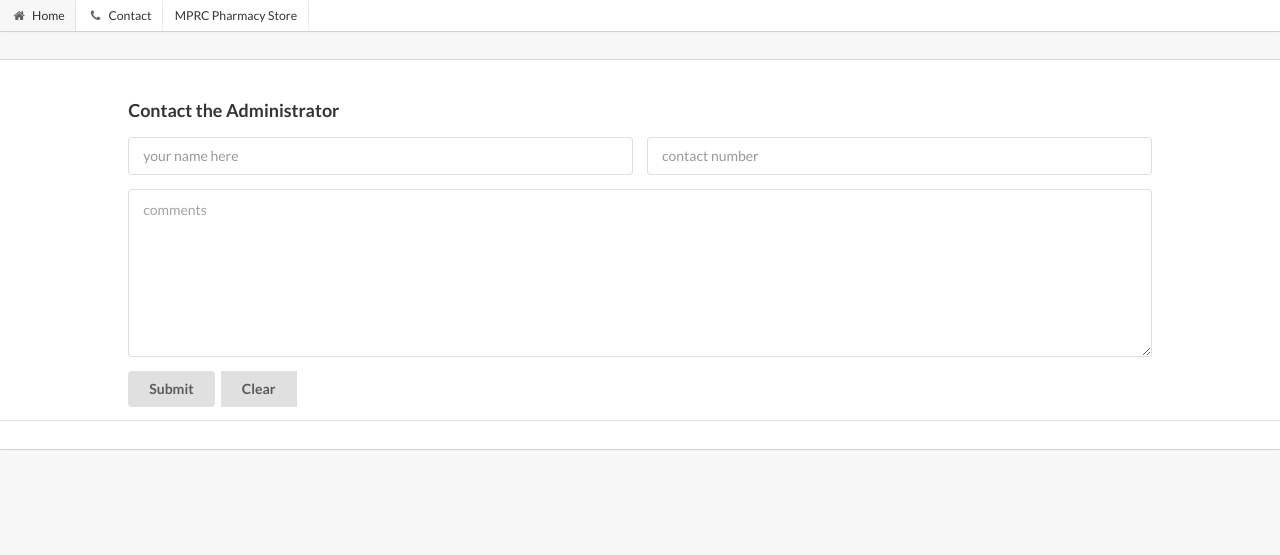
Repository: thdrwngkd/oims
Page: public/contact.html
The author's editor kept a record of every edit. The page is drawn from the files as they stood at one moment, then again after the next edit.
The browser window is 1280 px wide. The pictures show the whole page.

Above is the page before.

### public/contact.html
<!DOCTYPE html>
<html>
  <head>
    <!-- Standard Meta -->
    <meta charset="utf-8" />
    <meta http-equiv="X-UA-Compatible" content="IE=edge,chrome=1" />
    <meta name="viewport" content="width=device-width, initial-scale=1.0, maximum-scale=1.0">

    <!-- Site Properities -->
    <title>Online Inventory Management</title>

    <link href="../dist/googleapis.css" rel="stylesheet" type="text/css">
    <link href="../dist/semantic.css"   rel="stylesheet" type="text/css">
    <link href="../src/css/base.css"    rel="stylesheet" type="text/css">

    <script src="../dist/jquery.js"></script>
    <script src="../dist/jquery.address.js"></script>
    <script src="../dist/semantic.js"></script>

  </head>
  <body>
    <!-- Start  Header Navbar -->
    <header>
      <nav class="ui fixed fluid main small menu">
        <a class="item" href="index.html"><i class="home icon"></i>  Home</a>
        <a class="item" href="contact.html"><i class="call icon"></i>  Contact</a>
        <a class="item">MPRC Pharmacy Store</a>
      </nav>
    </header>
    <!-- End    Header Navbar -->
    <div class="clear height sixty pixels"></div>
    <!-- Start  Section -->
    <section class="ui center segment clear">
      <div class="ui page grid">
        <div class="row">
          <div class="column">
            <h3>Contact the Administrator</h3>
            <form class="ui fluid form">
              <div class="two fields">
                <div class="field">
                  <div class="ui input">
                    <input type="text" placeholder="your name here">
                  </div>
                </div>
                <div class="field">
                  <div class="ui input">
                    <input type="text" placeholder="contact number">
                  </div>
                </div>
              </div>
              <div class="field">
                <div class="ui input">
                  <textarea placeholder="comments"></textarea>
                </div>
              </div>
              <div class="field">
              <div class="ui submit button">Submit</div>
              <div class="ui clear button">Clear</div>
              </div>
            </form>
          </div>
        </div>
      </div>
    </section>
    <section class="ui center segment clear">
      <div class="ui page grid">
        <div class="row">
          <div class="column">

          </div>
        </div>
      </div>
    </section>
    <!-- End    Section -->
    <!-- Javascript Imports -->
    <script src="../dist/base.js"></script>
    <!-- Javascript Imports -->
  </body>
</html>

### dist/googleapis.css
/* cyrillic-ext */
@font-face {
  font-family: 'Open Sans';
  font-style: normal;
  font-weight: 300;
  src: local('Open Sans Light'), local('OpenSans-Light'), url(http://fonts.gstatic.com/s/opensans/v10/DXI1ORHCpsQm3Vp6mXoaTSUUniRZcd_wq8DYmIfsw2A.woff2) format('woff2');
  unicode-range: U+0460-052F, U+20B4, U+2DE0-2DFF, U+A640-A69F;
}
/* cyrillic */
@font-face {
  font-family: 'Open Sans';
  font-style: normal;
  font-weight: 300;
  src: local('Open Sans Light'), local('OpenSans-Light'), url(http://fonts.gstatic.com/s/opensans/v10/DXI1ORHCpsQm3Vp6mXoaTeXREeHhJi4GEUJI9ob_ak4.woff2) format('woff2');
  unicode-range: U+0400-045F, U+0490-0491, U+04B0-04B1, U+2116;
}
/* devanagari */
@font-face {
  font-family: 'Open Sans';
  font-style: normal;
  font-weight: 300;
  src: local('Open Sans Light'), local('OpenSans-Light'), url(http://fonts.gstatic.com/s/opensans/v10/DXI1ORHCpsQm3Vp6mXoaTY0Uz7fbu6RM5MPetubMKio.woff2) format('woff2');
  unicode-range: U+02BC, U+0900-097F, U+1CD0-1CF6, U+1CF8-1CF9, U+200B-200D, U+20A8, U+20B9, U+25CC, U+A830-A839, U+A8E0-A8FB;
}
/* greek-ext */
@font-face {
  font-family: 'Open Sans';
  font-style: normal;
  font-weight: 300;
  src: local('Open Sans Light'), local('OpenSans-Light'), url(http://fonts.gstatic.com/s/opensans/v10/DXI1ORHCpsQm3Vp6mXoaTfzy0yu4vcvNhe7QLuoE8rU.woff2) format('woff2');
  unicode-range: U+1F00-1FFF;
}
/* greek */
@font-face {
  font-family: 'Open Sans';
  font-style: normal;
  font-weight: 300;
  src: local('Open Sans Light'), local('OpenSans-Light'), url(http://fonts.gstatic.com/s/opensans/v10/DXI1ORHCpsQm3Vp6mXoaTc9-ZSaZ3mOOsU9E1f6DGWc.woff2) format('woff2');
  unicode-range: U+0370-03FF;
}
/* vietnamese */
@font-face {
  font-family: 'Open Sans';
  font-style: normal;
  font-weight: 300;
  src: local('Open Sans Light'), local('OpenSans-Light'), url(http://fonts.gstatic.com/s/opensans/v10/DXI1ORHCpsQm3Vp6mXoaTYZI5FoslwusAsZHK_V0XCI.woff2) format('woff2');
  unicode-range: U+0102-0103, U+1EA0-1EF1, U+20AB;
}
/* latin-ext */
@font-face {
  font-family: 'Open Sans';
  font-style: normal;
  font-weight: 300;
  src: local('Open Sans Light'), local('OpenSans-Light'), url(http://fonts.gstatic.com/s/opensans/v10/DXI1ORHCpsQm3Vp6mXoaTRUOjZSKWg4xBWp_C_qQx0o.woff2) format('woff2');
  unicode-range: U+0100-024F, U+1E00-1EFF, U+20A0-20AB, U+20AD-20CF, U+2C60-2C7F, U+A720-A7FF;
}
/* latin */
@font-face {
  font-family: 'Open Sans';
  font-style: normal;
  font-weight: 300;
  src: local('Open Sans Light'), local('OpenSans-Light'), url(http://fonts.gstatic.com/s/opensans/v10/DXI1ORHCpsQm3Vp6mXoaTegdm0LZdjqr5-oayXSOefg.woff2) format('woff2');
  unicode-range: U+0000-00FF, U+0131, U+0152-0153, U+02C6, U+02DA, U+02DC, U+2000-206F, U+2074, U+20AC, U+2212, U+2215, U+E0FF, U+EFFD, U+F000;
}
/* cyrillic-ext */
@font-face {
  font-family: 'Open Sans';
  font-style: normal;
  font-weight: 400;
  src: local('Open Sans'), local('OpenSans'), url(http://fonts.gstatic.com/s/opensans/v10/K88pR3goAWT7BTt32Z01m1tXRa8TVwTICgirnJhmVJw.woff2) format('woff2');
  unicode-range: U+0460-052F, U+20B4, U+2DE0-2DFF, U+A640-A69F;
}
/* cyrillic */
@font-face {
  font-family: 'Open Sans';
  font-style: normal;
  font-weight: 400;
  src: local('Open Sans'), local('OpenSans'), url(http://fonts.gstatic.com/s/opensans/v10/RjgO7rYTmqiVp7vzi-Q5UVtXRa8TVwTICgirnJhmVJw.woff2) format('woff2');
  unicode-range: U+0400-045F, U+0490-0491, U+04B0-04B1, U+2116;
}
/* devanagari */
@font-face {
  font-family: 'Open Sans';
  font-style: normal;
  font-weight: 400;
  src: local('Open Sans'), local('OpenSans'), url(http://fonts.gstatic.com/s/opensans/v10/ttwNtsRpgsxVmgGGmiUOEltXRa8TVwTICgirnJhmVJw.woff2) format('woff2');
  unicode-range: U+02BC, U+0900-097F, U+1CD0-1CF6, U+1CF8-1CF9, U+200B-200D, U+20A8, U+20B9, U+25CC, U+A830-A839, U+A8E0-A8FB;
}
/* greek-ext */
@font-face {
  font-family: 'Open Sans';
  font-style: normal;
  font-weight: 400;
  src: local('Open Sans'), local('OpenSans'), url(http://fonts.gstatic.com/s/opensans/v10/LWCjsQkB6EMdfHrEVqA1KVtXRa8TVwTICgirnJhmVJw.woff2) format('woff2');
  unicode-range: U+1F00-1FFF;
}
/* greek */
@font-face {
  font-family: 'Open Sans';
  font-style: normal;
  font-weight: 400;
  src: local('Open Sans'), local('OpenSans'), url(http://fonts.gstatic.com/s/opensans/v10/xozscpT2726on7jbcb_pAltXRa8TVwTICgirnJhmVJw.woff2) format('woff2');
  unicode-range: U+0370-03FF;
}
/* vietnamese */
@font-face {
  font-family: 'Open Sans';
  font-style: normal;
  font-weight: 400;
  src: local('Open Sans'), local('OpenSans'), url(http://fonts.gstatic.com/s/opensans/v10/59ZRklaO5bWGqF5A9baEEVtXRa8TVwTICgirnJhmVJw.woff2) format('woff2');
  unicode-range: U+0102-0103, U+1EA0-1EF1, U+20AB;
}
/* latin-ext */
@font-face {
  font-family: 'Open Sans';
  font-style: normal;
  font-weight: 400;
  src: local('Open Sans'), local('OpenSans'), url(http://fonts.gstatic.com/s/opensans/v10/u-WUoqrET9fUeobQW7jkRVtXRa8TVwTICgirnJhmVJw.woff2) format('woff2');
  unicode-range: U+0100-024F, U+1E00-1EFF, U+20A0-20AB, U+20AD-20CF, U+2C60-2C7F, U+A720-A7FF;
}
/* latin */
@font-face {
  font-family: 'Open Sans';
  font-style: normal;
  font-weight: 400;
  src: local('Open Sans'), local('OpenSans'), url(http://fonts.gstatic.com/s/opensans/v10/cJZKeOuBrn4kERxqtaUH3VtXRa8TVwTICgirnJhmVJw.woff2) format('woff2');
  unicode-range: U+0000-00FF, U+0131, U+0152-0153, U+02C6, U+02DA, U+02DC, U+2000-206F, U+2074, U+20AC, U+2212, U+2215, U+E0FF, U+EFFD, U+F000;
}
/* cyrillic-ext */
@font-face {
  font-family: 'Open Sans';
  font-style: normal;
  font-weight: 700;
  src: local('Open Sans Bold'), local('OpenSans-Bold'), url(http://fonts.gstatic.com/s/opensans/v10/k3k702ZOKiLJc3WVjuplzCUUniRZcd_wq8DYmIfsw2A.woff2) format('woff2');
  unicode-range: U+0460-052F, U+20B4, U+2DE0-2DFF, U+A640-A69F;
}
/* cyrillic */
@font-face {
  font-family: 'Open Sans';
  font-style: normal;
  font-weight: 700;
  src: local('Open Sans Bold'), local('OpenSans-Bold'), url(http://fonts.gstatic.com/s/opensans/v10/k3k702ZOKiLJc3WVjuplzOXREeHhJi4GEUJI9ob_ak4.woff2) format('woff2');
  unicode-range: U+0400-045F, U+0490-0491, U+04B0-04B1, U+2116;
}
/* devanagari */
@font-face {
  font-family: 'Open Sans';
  font-style: normal;
  font-weight: 700;
  src: local('Open Sans Bold'), local('OpenSans-Bold'), url(http://fonts.gstatic.com/s/opensans/v10/k3k702ZOKiLJc3WVjuplzI0Uz7fbu6RM5MPetubMKio.woff2) format('woff2');
  unicode-range: U+02BC, U+0900-097F, U+1CD0-1CF6, U+1CF8-1CF9, U+200B-200D, U+20A8, U+20B9, U+25CC, U+A830-A839, U+A8E0-A8FB;
}
/* greek-ext */
@font-face {
  font-family: 'Open Sans';
  font-style: normal;
  font-weight: 700;
  src: local('Open Sans Bold'), local('OpenSans-Bold'), url(http://fonts.gstatic.com/s/opensans/v10/k3k702ZOKiLJc3WVjuplzPzy0yu4vcvNhe7QLuoE8rU.woff2) format('woff2');
  unicode-range: U+1F00-1FFF;
}
/* greek */
@font-face {
  font-family: 'Open Sans';
  font-style: normal;
  font-weight: 700;
  src: local('Open Sans Bold'), local('OpenSans-Bold'), url(http://fonts.gstatic.com/s/opensans/v10/k3k702ZOKiLJc3WVjuplzM9-ZSaZ3mOOsU9E1f6DGWc.woff2) format('woff2');
  unicode-range: U+0370-03FF;
}
/* vietnamese */
@font-face {
  font-family: 'Open Sans';
  font-style: normal;
  font-weight: 700;
  src: local('Open Sans Bold'), local('OpenSans-Bold'), url(http://fonts.gstatic.com/s/opensans/v10/k3k702ZOKiLJc3WVjuplzIZI5FoslwusAsZHK_V0XCI.woff2) format('woff2');
  unicode-range: U+0102-0103, U+1EA0-1EF1, U+20AB;
}
/* latin-ext */
@font-face {
  font-family: 'Open Sans';
  font-style: normal;
  font-weight: 700;
  src: local('Open Sans Bold'), local('OpenSans-Bold'), url(http://fonts.gstatic.com/s/opensans/v10/k3k702ZOKiLJc3WVjuplzBUOjZSKWg4xBWp_C_qQx0o.woff2) format('woff2');
  unicode-range: U+0100-024F, U+1E00-1EFF, U+20A0-20AB, U+20AD-20CF, U+2C60-2C7F, U+A720-A7FF;
}
/* latin */
@font-face {
  font-family: 'Open Sans';
  font-style: normal;
  font-weight: 700;
  src: local('Open Sans Bold'), local('OpenSans-Bold'), url(http://fonts.gstatic.com/s/opensans/v10/k3k702ZOKiLJc3WVjuplzOgdm0LZdjqr5-oayXSOefg.woff2) format('woff2');
  unicode-range: U+0000-00FF, U+0131, U+0152-0153, U+02C6, U+02DA, U+02DC, U+2000-206F, U+2074, U+20AC, U+2212, U+2215, U+E0FF, U+EFFD, U+F000;
}
/* cyrillic-ext */
@font-face {
  font-family: 'Open Sans';
  font-style: italic;
  font-weight: 300;
  src: local('Open Sans Light Italic'), local('OpenSansLight-Italic'), url(http://fonts.gstatic.com/s/opensans/v10/PRmiXeptR36kaC0GEAetxnJcj75aoY2FkN1K7fN5pSM.woff2) format('woff2');
  unicode-range: U+0460-052F, U+20B4, U+2DE0-2DFF, U+A640-A69F;
}
/* cyrillic */
@font-face {
  font-family: 'Open Sans';
  font-style: italic;
  font-weight: 300;
  src: local('Open Sans Light Italic'), local('OpenSansLight-Italic'), url(http://fonts.gstatic.com/s/opensans/v10/PRmiXeptR36kaC0GEAetxn1Xmpo4ASt4tV2E8fbn9tc.woff2) format('woff2');
  unicode-range: U+0400-045F, U+0490-0491, U+04B0-04B1, U+2116;
}
/* devanagari */
@font-face {
  font-family: 'Open Sans';
  font-style: italic;
  font-weight: 300;
  src: local('Open Sans Light Italic'), local('OpenSansLight-Italic'), url(http://fonts.gstatic.com/s/opensans/v10/PRmiXeptR36kaC0GEAetxp0ZClPV6EjNt18zha_DeYY.woff2) format('woff2');
  unicode-range: U+02BC, U+0900-097F, U+1CD0-1CF6, U+1CF8-1CF9, U+200B-200D, U+20A8, U+20B9, U+25CC, U+A830-A839, U+A8E0-A8FB;
}
/* greek-ext */
@font-face {
  font-family: 'Open Sans';
  font-style: italic;
  font-weight: 300;
  src: local('Open Sans Light Italic'), local('OpenSansLight-Italic'), url(http://fonts.gstatic.com/s/opensans/v10/PRmiXeptR36kaC0GEAetxhvwU2jSZ_W3bMnLe__5hmc.woff2) format('woff2');
  unicode-range: U+1F00-1FFF;
}
/* greek */
@font-face {
  font-family: 'Open Sans';
  font-style: italic;
  font-weight: 300;
  src: local('Open Sans Light Italic'), local('OpenSansLight-Italic'), url(http://fonts.gstatic.com/s/opensans/v10/PRmiXeptR36kaC0GEAetxlG2YASMDG4K4_XuakzasE8.woff2) format('woff2');
  unicode-range: U+0370-03FF;
}
/* vietnamese */
@font-face {
  font-family: 'Open Sans';
  font-style: italic;
  font-weight: 300;
  src: local('Open Sans Light Italic'), local('OpenSansLight-Italic'), url(http://fonts.gstatic.com/s/opensans/v10/PRmiXeptR36kaC0GEAetxqRhChYxGgJf4PX4Wvk4Rlk.woff2) format('woff2');
  unicode-range: U+0102-0103, U+1EA0-1EF1, U+20AB;
}
/* latin-ext */
@font-face {
  font-family: 'Open Sans';
  font-style: italic;
  font-weight: 300;
  src: local('Open Sans Light Italic'), local('OpenSansLight-Italic'), url(http://fonts.gstatic.com/s/opensans/v10/PRmiXeptR36kaC0GEAetxo05NJhCxBV64hQBJiatqx0.woff2) format('woff2');
  unicode-range: U+0100-024F, U+1E00-1EFF, U+20A0-20AB, U+20AD-20CF, U+2C60-2C7F, U+A720-A7FF;
}
/* latin */
@font-face {
  font-family: 'Open Sans';
  font-style: italic;
  font-weight: 300;
  src: local('Open Sans Light Italic'), local('OpenSansLight-Italic'), url(http://fonts.gstatic.com/s/opensans/v10/PRmiXeptR36kaC0GEAetxko2lTMeWA_kmIyWrkNCwPc.woff2) format('woff2');
  unicode-range: U+0000-00FF, U+0131, U+0152-0153, U+02C6, U+02DA, U+02DC, U+2000-206F, U+2074, U+20AC, U+2212, U+2215, U+E0FF, U+EFFD, U+F000;
}
/* vietnamese */
@font-face {
  font-family: 'Source Sans Pro';
  font-style: normal;
  font-weight: 400;
  src: local('Source Sans Pro'), local('SourceSansPro-Regular'), url(http://fonts.gstatic.com/s/sourcesanspro/v9/ODelI1aHBYDBqgeIAH2zlNOAHFN6BivSraYkjhveRHY.woff2) format('woff2');
  unicode-range: U+0102-0103, U+1EA0-1EF1, U+20AB;
}
/* latin-ext */
@font-face {
  font-family: 'Source Sans Pro';
  font-style: normal;
  font-weight: 400;
  src: local('Source Sans Pro'), local('SourceSansPro-Regular'), url(http://fonts.gstatic.com/s/sourcesanspro/v9/ODelI1aHBYDBqgeIAH2zlC2Q8seG17bfDXYR_jUsrzg.woff2) format('woff2');
  unicode-range: U+0100-024F, U+1E00-1EFF, U+20A0-20AB, U+20AD-20CF, U+2C60-2C7F, U+A720-A7FF;
}
/* latin */
@font-face {
  font-family: 'Source Sans Pro';
  font-style: normal;
  font-weight: 400;
  src: local('Source Sans Pro'), local('SourceSansPro-Regular'), url(http://fonts.gstatic.com/s/sourcesanspro/v9/ODelI1aHBYDBqgeIAH2zlNV_2ngZ8dMf8fLgjYEouxg.woff2) format('woff2');
  unicode-range: U+0000-00FF, U+0131, U+0152-0153, U+02C6, U+02DA, U+02DC, U+2000-206F, U+2074, U+20AC, U+2212, U+2215, U+E0FF, U+EFFD, U+F000;
}
/* vietnamese */
@font-face {
  font-family: 'Source Sans Pro';
  font-style: normal;
  font-weight: 700;
  src: local('Source Sans Pro Bold'), local('SourceSansPro-Bold'), url(http://fonts.gstatic.com/s/sourcesanspro/v9/toadOcfmlt9b38dHJxOBGDovqjS_dXPZszO_XltPdNg.woff2) format('woff2');
  unicode-range: U+0102-0103, U+1EA0-1EF1, U+20AB;
}
/* latin-ext */
@font-face {
  font-family: 'Source Sans Pro';
  font-style: normal;
  font-weight: 700;
  src: local('Source Sans Pro Bold'), local('SourceSansPro-Bold'), url(http://fonts.gstatic.com/s/sourcesanspro/v9/toadOcfmlt9b38dHJxOBGFxe-GPfKKFmiXaJ_Q0GFr8.woff2) format('woff2');
  unicode-range: U+0100-024F, U+1E00-1EFF, U+20A0-20AB, U+20AD-20CF, U+2C60-2C7F, U+A720-A7FF;
}
/* latin */
@font-face {
  font-family: 'Source Sans Pro';
  font-style: normal;
  font-weight: 700;
  src: local('Source Sans Pro Bold'), local('SourceSansPro-Bold'), url(http://fonts.gstatic.com/s/sourcesanspro/v9/toadOcfmlt9b38dHJxOBGEo0As1BFRXtCDhS66znb_k.woff2) format('woff2');
  unicode-range: U+0000-00FF, U+0131, U+0152-0153, U+02C6, U+02DA, U+02DC, U+2000-206F, U+2074, U+20AC, U+2212, U+2215, U+E0FF, U+EFFD, U+F000;
}

### src/css/base.css

      .clear.height {
        height: 0;
      }

      .clear.height.ten.pixels {
        height: 10px;
      }

      .clear.height.twenty.pixels {
        height: 20px;
      }

      .clear.height.forty.pixels {
        height: 40px;
      }

      .clear.height.sixty.pixels {
        height: 60px;
      }

      .clear.height.eighty.pixels {
        height: 80px;
      }

      .clear.height.one.hundred.pixels {
        height: 100px;
      }

      .clear.height.two.hundred.pixels {
        height: 200px;
      }

      .ui.clear {
        border-radius: 0;
        margin: 0;
      }

      .ui.top-bottom.margin {
        margin-top: 100px;
        margin-bottom: 100px;
      }

      .ui.top-bottom.margin.ten.pixels {
        margin-top:     10px;
        margin-bottom:  10px;
      }

      .ui.top-bottom.margin.twenty.pixels {
        margin-top:     20px;
        margin-bottom:  20px;
      }

      .ui.top-bottom.margin.forty.pixels {
        margin-top:     40px;
        margin-bottom:  40px;
      }

      .ui.skill.label {
        margin-top: 4px;
        margin-bottom: 4px;
      }

      .bordered {
        border: 1px solid black;
      }

### dist/base.js
$(document).ready(function(){
  $('.dropdown').dropdown();
  $('.checkbox').checkbox();
});

Loaded but not shown: dist/semantic.css (library); dist/jquery.js (library); dist/jquery.address.js (library); dist/semantic.js (library)

After the next edit:
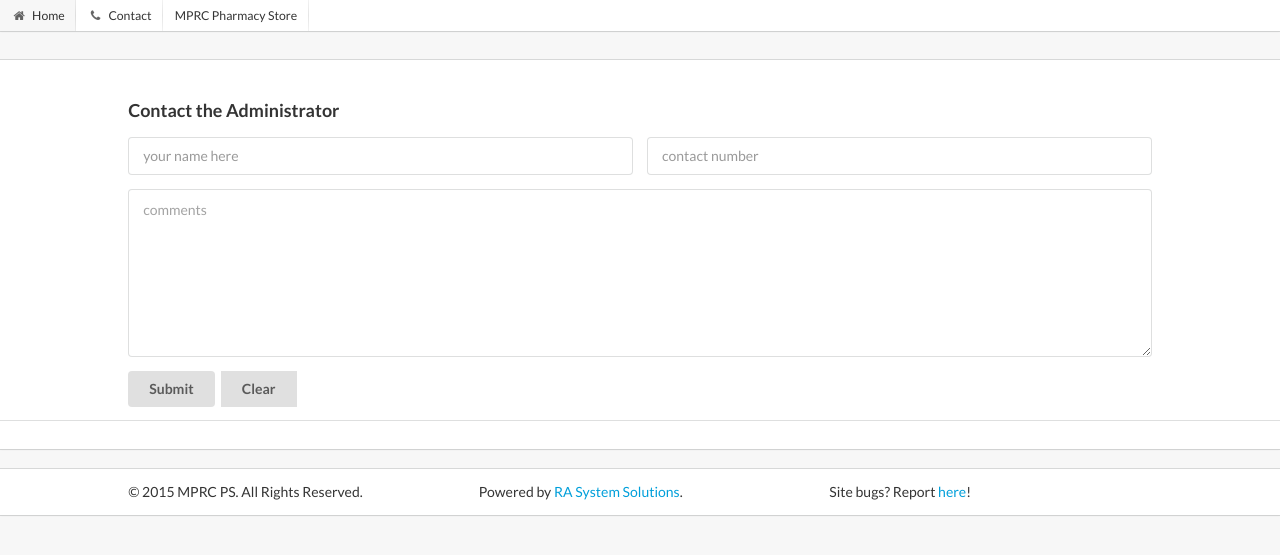
The edit:
--- a/public/contact.html
+++ b/public/contact.html
@@ -72,6 +72,23 @@
       </div>
     </section>
     <!-- End    Section -->
+    <div class="clear height twenty pixels"></div>
+    <!-- Start  About Section -->
+    <section class="ui footer segment clear">
+      <div class="ui three column stackable page grid">
+        <div class="row">
+          <div class="column">
+            <p>© 2015 MPRC PS. All Rights Reserved.</p>
+          </div>
+          <div class="column">
+            <p>Powered by <a href="">RA System Solutions</a>.</p>
+          </div>
+          <div class="column">
+            <p>Site bugs? Report <a href="">here</a>!</p>
+          </div>
+        </div>
+      </div>
+    </section>
     <!-- Javascript Imports -->
     <script src="../dist/base.js"></script>
     <!-- Javascript Imports -->
